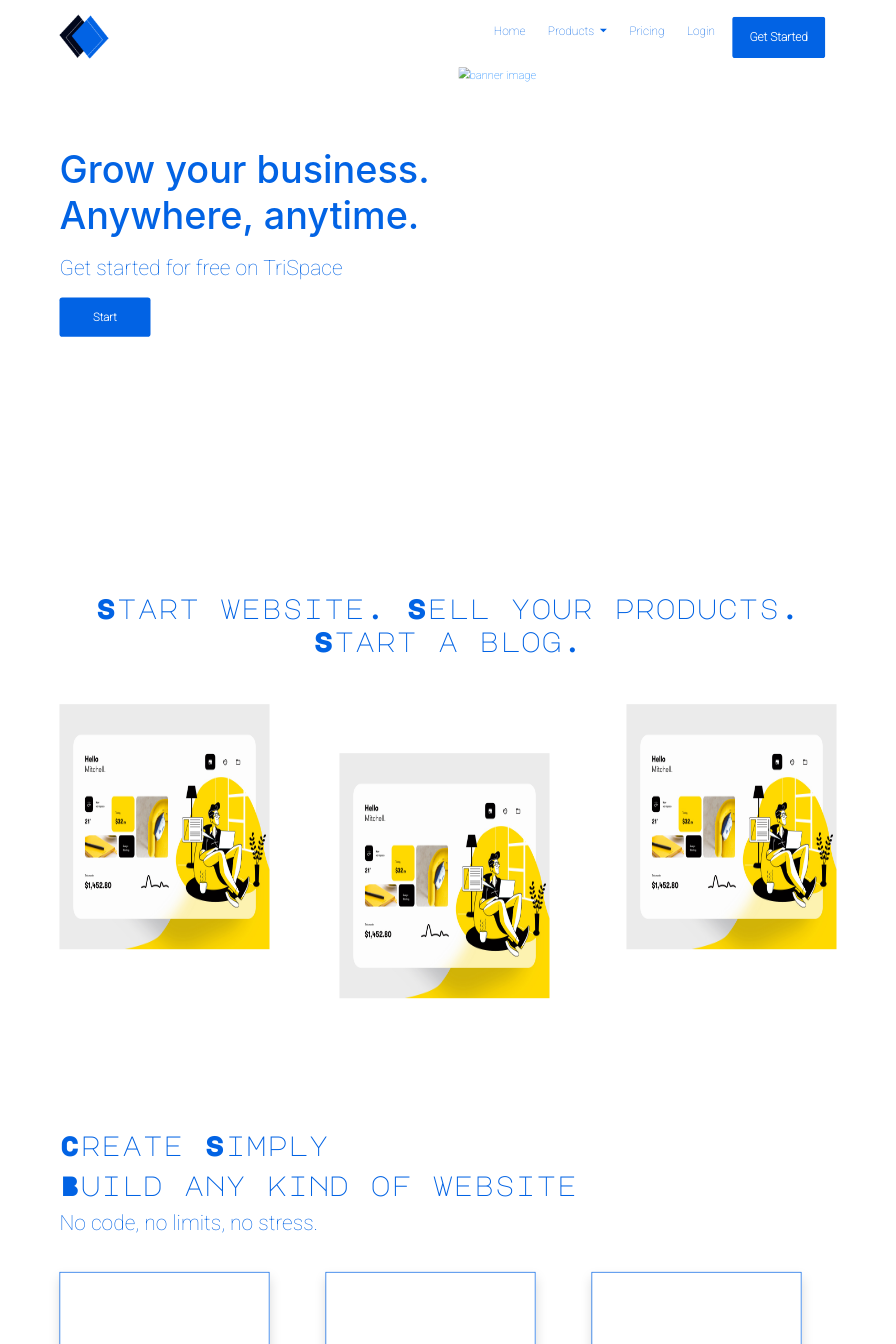
Repository: latenightsnacc/TriSpace
Page: HTML/index.html
These files come from the project's save history. The page is drawn as it stood at one moment and after the next save; the edit follows.
The browser window is 1280 px wide. The pictures show the part of the page from y = 0 to 1920 px (the page is 5158 px tall), at 70% of full size.
The style sheet was rebuilt from its Sass, Less or Tailwind sources for each picture, by a compiler version that may differ from the author's.

Above is the page before, as saved 2020-11-12 11:13:14.
Not found: HTML/asset/line.png

### HTML/index.html
<!DOCTYPE html>
<html lang="en">
<head>
    <meta charset="UTF-8">
    <meta name="viewport" content="width=device-width, initial-scale=1.0">
    <!--Tailwind CDN-->
    <link rel="stylesheet" href="https://cdnjs.cloudflare.com/ajax/libs/tailwindcss/1.9.6/base.min.css" integrity="sha512-hEjkvMSM0ql6VJcNK0gTmjt9ar8F2yHeBUbJKtyvQhkkbGMhiJ4+MaiB8XxsthLAHJx5vy2I9dN0un8HiWG2LA==" crossorigin="anonymous" />
    <link rel="stylesheet" href="https://cdnjs.cloudflare.com/ajax/libs/tailwindcss/1.9.6/components.min.css" integrity="sha512-TizAONqhvXjEfRPhptSUkZNVU497PzAnXNGNUoeOjeni4dHpJ+ak+ZsyoGna20LH/yg1PvdufN1VbnVQeVDftg==" crossorigin="anonymous" />
    <link rel="stylesheet" href="https://cdnjs.cloudflare.com/ajax/libs/tailwindcss/1.9.6/tailwind.css" integrity="sha512-HY1FOTeAX9idUBWDhVDrBg8QUHBisKVQ4BCVj1jFo5z76mk87w4Rr5YGP8nBkcGmoMzqYvdeXHMOg/olF45z3g==" crossorigin="anonymous" />
    <link rel="stylesheet" href="https://cdnjs.cloudflare.com/ajax/libs/tailwindcss/1.9.6/utilities.min.css" integrity="sha512-0QJfuLKyYJWGB5hKArJW67xqMLDlR8YaLM/ZuW2mRn4NRwHNsGm7UuREc5Fu7jONHyewPKnGODY0N8G+FQbfxg==" crossorigin="anonymous" />
    <!--Bootstrap CDN-->
    <link rel="stylesheet" href="https://cdn.jsdelivr.net/npm/bootstrap@4.5.3/dist/css/bootstrap.min.css" integrity="sha384-TX8t27EcRE3e/ihU7zmQxVncDAy5uIKz4rEkgIXeMed4M0jlfIDPvg6uqKI2xXr2" crossorigin="anonymous">
    <!--Custom Stylesheet-->
    <link rel="stylesheet" href="styles/stylesheet.css">
    <!--Favicon-->
    <link rel="shortcut icon" href="assets/Logo/TriSpaceIcon.png" type="image/x-icon">
    <title>Home</title>
</head>
<body class="mx-auto">
    <!--PreLoader-->
    <div class="loader_bg">
        <div class="loader"></div>
    </div>
    <!--End of PreLoader-->
    <!--Navbar-->
    <nav class="navbar navbar-expand-lg navbar-light fixed-top p-3 mb-5 bg-white rounded" id="navbar">
        <div class="container align-middle">
            <a class="navbar-brand" href="#">
                <img src="assets/Logo/TriSpaceMobileLogo1.png" alt="TriSpace Logo" height="40px" width="70px"/>
            </a>
            <button class="navbar-toggler" type="button" data-toggle="collapse" data-target="#navbarNavDropdown" aria-controls="navbarNavDropdown" aria-expanded="false" aria-label="Toggle navigation">
              <span class="navbar-toggler-icon"></span>
            </button>
            <div class="collapse navbar-collapse" id="navbarNavDropdown">
              <ul class="navbar-nav nav-menu ml-auto align-middle">
                <li class="nav-item active mr-3">
                  <a class="nav-link" href="#">Home</a>
                </li>
                <li class="nav-item dropdown mr-3">
                    <a class="nav-link dropdown-toggle" href="#" id="navbarDropdownMenuLink" role="button" data-toggle="dropdown" aria-haspopup="true" aria-expanded="false">
                      Products
                    </a>
                    <div class="dropdown-menu" aria-labelledby="navbarDropdownMenuLink">
                      <a class="dropdown-item" href="#">Blog</a>
                      <a class="dropdown-item" href="#">Website</a>
                      <a class="dropdown-item" href="#">E-commerce</a>
                      <a class="dropdown-item" href="#">Domain</a>
                      <a class="dropdown-item" href="#">Hosting</a>
                    </div>
                  </li>
                <li class="nav-item mr-3">
                  <a class="nav-link" href="#">Pricing</a>
                </li>
                <li class="nav-item mr-3">
                    <a class="nav-link" href="#">Login</a>
                </li>
                <li class="nav-item mr-3">
                    <a class="nav-link btn blue text-white px-4 py-3 hover:shadow-2xl" href="#">Get Started</a>
                </li>
              </ul>
            </div>
        </div>
    </nav>


    <!-- End of Navbar-->


    <!--Banner-->
    <section class="min-h-screen  mt-5" id="banner">
        <div class="container">
            <div class="row pt-5">
                <!--Banner Text-->
                <div class="col-xs-12 col-s-12 col-md-6 col-lg-6 col-xl-6">
                    <div class="text-box banner-txt">
                        <h1 class="">Grow your business.<br/> Anywhere, anytime.</h1>
                        <h5 class="span-title py-3 text-2l">Get started for free on TriSpace</h5>
                        <button class="blue hover:bg-blue-500 text-white font-bold py-3 px-5 rounded">Start</button>
                    </div>
                </div>
                <!--Banner Image-->
                <div class="col-xs-12 col-s-12 col-md-6 col-lg-6 col-xl-6">
                    <a href="#">
                        <img class="banner-img" src="" alt="banner image"/>
                    </a>
                </div>
            </div>
        </div>
        <!--Wave-->
        <section id="wave" class="wave"></section>
        <section></section>
    </section>

     <!--Services-->
    <section class="min-h-screen mt-5 mb-5" id="services">
        <div class="container">
            <div class="absolute-box">
                <div class="title-box text-center mb-5">
                    <h2 class="section-title pb-5">Start <span class="section-title">website. </span><span class="color">Sell your products.</span><br/><span class="color">Start a blog.</span> </h2>
                </div>
                <div class="images">
                    <div class="img-1 ">
                        <a href="#">
                            <img src="assets/Template-1.jpg" alt="Build a website" />
                        </a>
                    </div>
                    <div class="img-2 motion-reduce:animate-bounce">
                        <a href="#">
                            <img src="assets/Template-1.jpg" alt="Build a website" />
                        </a>
                    </div>
                    <div class="img-3">
                        <a href="#">
                            <img src="assets/Template-1.jpg" alt="Build a website" />
                        </a>
                    </div>
                </div>
            </div>
        </div>
    </section>
    <!--End of Services-->

    <!--Templates-->
    <section class="min-h-screen mt-5 mb-5" id="templates">
        <div class="container">
            <div class="title-box mb-5">
                <h2 class="section-title">Create Simply </h2>
                <h4 class="section-title">Build any kind of website</h4>
                <p class="span-title">No code, no limits, no stress.</p>
            </div>
            <div class="row">
                <div class="col-xs-12 col-s-12 col-md-6 col-lg-4 col-xl-4">
                    <div class="clear-box"></div>
                </div>
                <div class="col-xs-12 col-s-12 col-md-6 col-lg-4 col-xl-4">
                    <div class="clear-box"></div>
                </div>
                <div class="col-xs-12 col-s-12 col-md-6 col-lg-4 col-xl-4">
                    <div class="clear-box"></div>
                </div>
                <div class="col-xs-12 col-s-12 col-md-6 col-lg-4 col-xl-4 mt-5">
                    <div class="clear-box"></div>
                </div>
                <div class="col-xs-12 col-s-12 col-md-6 col-lg-4 col-xl-4 mt-5">
                    <div class="clear-box"></div>
                </div>
                <div class="col-xs-12 col-s-12 col-md-6 col-lg-4 col-xl-4 mt-5">
                    <div class="clear-box"></div>
                </div>
            </div>
        </div>
    </section>
    <!--End of Themes-->

    <!--Themes-->
    <section class="min-h-screen mt-5 mb-5" id="themes">
        <div class="container">
            <div class="title-box">
                <h2 class="section-title">Stand Out <span class="text-4xl span-title">with our responsive professionally designed themes.</h2>
            </div>
            <div class="row">
                <div class="col-xs-12 col-s-12 col-md-6 col-lg-6 col-xl-6">
                    <div id="clr1" class="text-center mt-5">
                    </div>
                </div>
                <div class="col-xs-12 col-s-12 col-md-6 col-lg-6 col-xl-6">
                    <div class="row flex-wrap">
                        <div class="col-xs-12 col-s-12 col-md-12 col-lg-12 col-xl-12">
                            <div id="clr2" class="mt-5">

                            </div>
                        </div>
                        <div class="col-xs-12 col-s-12 col-md-12 col-lg-12 col-xl-12">
                            <div id="clr3">

                            </div>
                        </div>
                    </div>
                </div>
            </div>
        </div>
    </section>
    <!--End of Themes-->

    <section class="min-h-screen mt-5 mb-5" id="services">
        <div class="container">
            <div class="title-box mb-5">
                <h2 class="section-title">We've got you covered.</h2>
                <p>Your website is just the beginning.</p>
            </div>
            <div class="row">
                <div class="col-xs-12 col-s-12 col-md-6 col-lg-6 col-xl-6 bg-blue-500">
                    <div class="clear-box mt-5 mb-5">
                        <h3 class="text-center pt-5">Real support from real people.</h3>
                    </div>
                </div>
                <div class="col-xs-12 col-s-12 col-md-6 col-lg-6 col-xl-6 bg-yellow-500">
                    <div class="clear-box mt-5 mb-5">
                        <h3 class="text-center pt-5">Domain to suit your needs.</h3>
                    </div>
                </div>
                <div class="col-xs-12 col-s-12 col-md-6 col-lg-6 col-xl-6 bg-red-500">
                    <div class="clear-box mt-5 mb-5">
                        <h3 class="text-center pt-5">Plans for everyone</h3>
                    </div>
                </div>
                <div class="col-xs-12 col-s-12 col-md-6 col-lg-6 col-xl-6 bg-blue-300">
                    <div class="clear-box mt-5 mb-5">
                        <h3 class="text-center pt-5">Security Security Security</h3>
                    </div>
                </div>
            </div>
        </div>
    </section>
    <section class="min-h-screen mb-5 " id="pricing">
        <div class="container">
            <div class="title-box mb-5">
                <h2 class="section-title">Start Free </h2>
                <h5> Grow at your own pace.</h5>
            </div>
            <div class="row">
                <div class="col-xs-12 col-s-12 col-md-3 col-lg-3 col-xl-3">
                    <div class="max-w-sm rounded overflow-hidden shadow-lg mb-5 border-2 border-blue-400 price-card">
                        <div class="px-6 py-4">
                          <div class="font-bold text-xl mb-2">Free</div>
                          <p class="text-gray-700 text-base">
                            Lorem ipsum dolor sit amet, consectetur adipisicing elit. Voluptatibus quia, nulla! Maiores et perferendis eaque, exercitationem praesentium nihil.
                          </p>
                        </div>
                        <div class="px-6 pt-4 pb-2">
                          <span class="inline-block bg-gray-200 rounded-full px-3 py-1 text-sm font-semibold text-gray-700 mr-2 mb-2">#photography</span>
                          <span class="inline-block bg-gray-200 rounded-full px-3 py-1 text-sm font-semibold text-gray-700 mr-2 mb-2">#travel</span>
                          <span class="inline-block bg-gray-200 rounded-full px-3 py-1 text-sm font-semibold text-gray-700 mr-2 mb-2">#winter</span>
                        </div>
                      </div>
                </div>
                <div class="col-xs-12 col-s-12 col-md-3 col-lg-3 col-xl-3">
                    <div class="max-w-sm rounded overflow-hidden shadow-md mb-5 border-2 border-blue-400 price-card transition ease-out duration-700 ...">
                        <div class="px-6 py-4">
                          <div class="font-bold text-xl mb-2">The Coldest Sunset</div>
                          <p class="text-gray-700 text-base">
                            Lorem ipsum dolor sit amet, consectetur adipisicing elit. Voluptatibus quia, nulla! Maiores et perferendis eaque, exercitationem praesentium nihil.
                          </p>
                        </div>
                        <div class="px-6 pt-4 pb-2">
                          <span class="inline-block bg-gray-200 rounded-full px-3 py-1 text-sm font-semibold text-gray-700 mr-2 mb-2">#photography</span>
                          <span class="inline-block bg-gray-200 rounded-full px-3 py-1 text-sm font-semibold text-gray-700 mr-2 mb-2">#travel</span>
                          <span class="inline-block bg-gray-200 rounded-full px-3 py-1 text-sm font-semibold text-gray-700 mr-2 mb-2">#winter</span>
                        </div>
                      </div>
                </div>
                <div class="col-xs-12 col-s-12 col-md-3 col-lg-3 col-xl-3">
                    <div class="max-w-sm rounded overflow-hidden shadow-md mb-5 border-2 border-blue-400 price-card" >
                        <div class="px-6 py-4">
                          <div class="font-bold text-xl mb-2">The Coldest Sunset</div>
                          <p class="text-gray-700 text-base">
                            Lorem ipsum dolor sit amet, consectetur adipisicing elit. Voluptatibus quia, nulla! Maiores et perferendis eaque, exercitationem praesentium nihil.
                          </p>
                        </div>
                        <div class="px-6 pt-4 pb-2">
                          <span class="inline-block bg-gray-200 rounded-full px-3 py-1 text-sm font-semibold text-gray-700 mr-2 mb-2">#photography</span>
                          <span class="inline-block bg-gray-200 rounded-full px-3 py-1 text-sm font-semibold text-gray-700 mr-2 mb-2">#travel</span>
                          <span class="inline-block bg-gray-200 rounded-full px-3 py-1 text-sm font-semibold text-gray-700 mr-2 mb-2">#winter</span>
                        </div>
                      </div>
                </div>
                <div class="col-xs-12 col-s-12 col-md-3 col-lg-3 col-xl-3">
                    <div class="max-w-sm rounded overflow-hidden shadow-md price-card">
                        <div class="px-6 py-4">
                          <div class="font-bold text-xl mb-2">The Coldest Sunset</div>
                          <p class="text-gray-700 text-base">
                            Lorem ipsum dolor sit amet, consectetur adipisicing elit. Voluptatibus quia, nulla! Maiores et perferendis eaque, exercitationem praesentium nihil.
                          </p>
                        </div>
                        <div class="px-6 pt-4 pb-2">
                          <span class="inline-block bg-gray-200 rounded-full px-3 py-1 text-sm font-semibold text-gray-700 mr-2 mb-2">#photography</span>
                          <span class="inline-block bg-gray-200 rounded-full px-3 py-1 text-sm font-semibold text-gray-700 mr-2 mb-2">#travel</span>
                          <span class="inline-block bg-gray-200 rounded-full px-3 py-1 text-sm font-semibold text-gray-700 mr-2 mb-2">#winter</span>
                        </div>
                      </div>
                </div>
            </div>
        </div>
    </section>
    <!--SVG BACKGROUND-->
    <svg id="curve" data-name=" Layer 1" xmlns="https://www.w3.org/2000/svg" viewBox= "0 0 1416.99 174.01">
        <defs>
            <style>
                .cls-1{fill: #0263e4;}
            </style>
        </defs>
        <title>Wavy Background</title>
        <path class="cls-1" d="M0,280.8S283.66,59,608.94,163.56s437.93,150.57,808,10.34V309.54H0V280.8Z" transform="translate(0 -135.53)"/>
    </svg>
    <!--End of SVG-->
    <!--Footer-->

        <div class="footer wavy">
            <div class="container">
                <div class="row mx-auto">
                    <div class="col-xs-6 col-s-6 col-md-3 col-lg-3 col-xl-3">
                        <ul class="footer-menu">
                            <li>
                                <a href="#" class="text-white footer-link">Lorem</a>
                            </li>
                            <li>
                                <a href="#" class="text-white footer-link">Lorem</a>
                            </li>
                            <li>
                                <a href="#" class="text-white footer-link">Lorem</a>
                            </li>
                            <li>
                                <a href="#" class="text-white footer-link">Lorem</a>
                            </li>
                        </ul>
                    </div>
                    <div class="col-xs-6 col-s-6 col-md-3 col-lg-3 col-xl-3">
                        <ul class="footer-menu">
                            <li>
                                <a href="#" class="text-white footer-link">Lorem</a>
                            </li>
                            <li>
                                <a href="#" class="text-white footer-link">Lorem</a>
                            </li>
                            <li>
                                <a href="#" class="text-white footer-link">Lorem</a>
                            </li>
                            <li>
                                <a href="#" class="text-white footer-link">Lorem</a>
                            </li>
                        </ul>
                    </div>
                    <div class="col-xs-6 col-s-6 col-md-3 col-lg-3 col-xl-3">
                        <ul class="footer-menu">
                            <li>
                                <a href="#" class="text-white footer-link">Lorem</a>
                            </li>
                            <li>
                                <a href="#" class="text-white footer-link">Lorem</a>
                            </li>
                            <li>
                                <a href="#" class="text-white footer-link">Lorem</a>
                            </li>
                            <li>
                                <a href="#" class="text-white footer-link">Lorem</a>
                            </li>
                        </ul>
                    </div>
                    <div class="col-xs-6 col-s-6 col-md-3 col-lg-3 col-xl-3">
                        <ul class="footer-menu">
                            <li>
                                <a href="#" class="text-white footer-link">Lorem</a>
                            </li>
                            <li>
                                <a href="#" class="text-white footer-link">Lorem</a>
                            </li>
                            <li>
                                <a href="#" class="text-white footer-link">Lorem</a>
                            </li>
                            <li>
                                <a href="#" class="text-white footer-link">Lorem</a>
                            </li>
                        </ul>
                    </div>
                </div>
                <p class="text-center text-white py-3">&copy; TriSpace. Powered by TriSpace</p>
            </div>
        </div>



    <!--Bootstrap Scripts-->
    <script src="https://code.jquery.com/jquery-3.5.1.slim.min.js" integrity="sha384-DfXdz2htPH0lsSSs5nCTpuj/zy4C+OGpamoFVy38MVBnE+IbbVYUew+OrCXaRkfj" crossorigin="anonymous"></script>
    <script src="https://cdn.jsdelivr.net/npm/popper.js@1.16.1/dist/umd/popper.min.js" integrity="sha384-9/reFTGAW83EW2RDu2S0VKaIzap3H66lZH81PoYlFhbGU+6BZp6G7niu735Sk7lN" crossorigin="anonymous"></script>
    <script src="https://cdn.jsdelivr.net/npm/bootstrap@4.5.3/dist/js/bootstrap.min.js" integrity="sha384-w1Q4orYjBQndcko6MimVbzY0tgp4pWB4lZ7lr30WKz0vr/aWKhXdBNmNb5D92v7s" crossorigin="anonymous"></script>
    <script src="js/main.js"></script>
    <script>
        setTimeout(function(){
            $('.loader_bg').fadeToggle();
        }, 2500);
    </script>
</body>
</html>

### HTML/styles/stylesheet.scss
@import'variables';

*{
    box-sizing: border-box;
    margin: 0;
    padding: 0;
    text-decoration: none;
    list-style: none;
    font-family: $font3;
    button {
        outline: none;
    }
    a {
        text-decoration: none;
        &:hover {
            text-decoration: none;
        }
    }

    button {
        font-family: $font3;
    }
}

.navbar-light .navbar-nav .active>.nav-link, .navbar-light .navbar-nav .nav-link.active, .navbar-light .navbar-nav .nav-link.show, .navbar-light .navbar-nav .show>.nav-link, .nav-link, .dropdown-item {
    color: $blue !important;
    font-weight: 500;
    font-size: 17px;

    &:hover {
        text-transform: uppercase;


    }
}
a.btn {
    color: white !important;
    padding: 10px 40px;
    font-weight: bold;
    &:hover {
        text-transform: capitalize;
    }

}
.banner-txt {
    h1 {
        font-size: 54px;
        color: $blue;
        font-family: $font;
    }

}
img.banner-img {
    width: 400px;
    height: 500px;
}
.text-box {
    display: flex;
    flex-direction: column;
    height: 100%;
    justify-content: center;
    align-items: flex-start;
}
.section-title, span.color {
    font-size: 40px;
    font-family: $font2;
    color: $blue;

}
.span-title {
    font-family: $font3;
    font-size: 30px;
    color: $blue;
}
.absolute-box {
    position: relative;
    .images {
        position: absolute;
        width: 100%;
        height: 100%;

        img {
            width: 300px;
            height: 350px;
        }

        .img-1 {
            position: absolute;
            top: -30px;
            left: 0px;

        }
        .img-2 {
            position: absolute;
            top: 40px;
            left: 400px;

        }
        .img-3 {
            position: absolute;
            top: -30px;
            right: 0px;

        }
    }
}
#clr1 {
    background-color: $blue;
    width: 100%;
    height: 600px;
    border: 1px solid $blue;
    box-shadow: 0 .5rem 1rem rgba(0,0,0,.15)!important;
}
#clr2 {
    background-color: $yellow;
    width: 100%;
    height: 300px;
    border: 1px solid $yellow;
    margin-bottom: 30px;
    box-shadow: 0 .5rem 1rem rgba(0,0,0,.15)!important;
}
#clr3 {
    background-color: $red;
    width: 100%;
    height: 270px;
    border: 1px solid $red;
    box-shadow: 0 .5rem 1rem rgba(0,0,0,.15)!important;
}
.clear-box {
    width: 300px;
    height: 250px;
    border: 1px solid $blue;
    box-shadow: 0 .5rem 1rem rgba(0,0,0,.15)!important;
}

.price-card {
    border: 1px solid $blue;
    &:hover {
        border: 2px solid $blue;
        transition: all border 1000ms ease-in ;
    }
}

.wavy {
    position: relative;
    background: $blue;
    width: 100%;
    overflow: hidden;

}

#topcurve {
    position: absolute;
    bottom: 0;
    width: 100%;
}

#topcurve path {
    fill: $yellow;
}
.blue {
    background-color: $blue;
    color: $primary;
}
section.wave {
    width: 100%;
    min-height: 200px;
}
.wave {
    position: relative;
    // background: $blue;
    &::before {
        content: '';
        position: absolute;
        bottom: 0;
        left: 0;
        width: 100%;
        height: 250px;
        background: url('/HTML/asset/line.png') ;
        background-size: cover;
    }

}

Loaded but not shown: HTML/js/main.js (30 lines, source omitted); HTML/styles/_variables.scss (14 lines, source omitted)

After the next save:
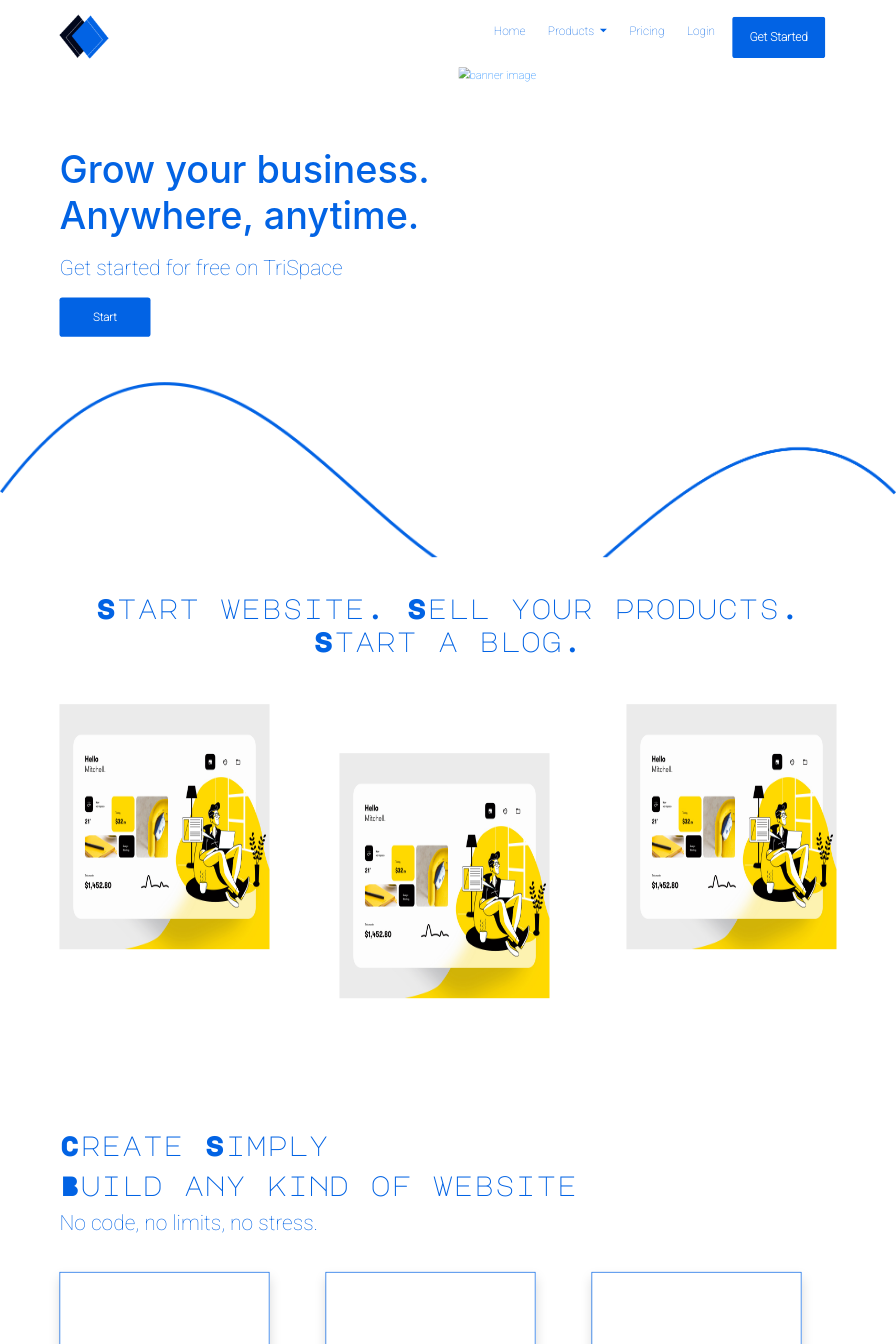
Saved 18 s later.
--- a/HTML/styles/stylesheet.scss
+++ b/HTML/styles/stylesheet.scss
@@ -176,7 +176,7 @@ section.wave {
         left: 0;
         width: 100%;
         height: 250px;
-        background: url('/HTML/asset/line.png') ;
+        background: url('/HTML/assets/line.png') ;
         background-size: cover;
     }
 
